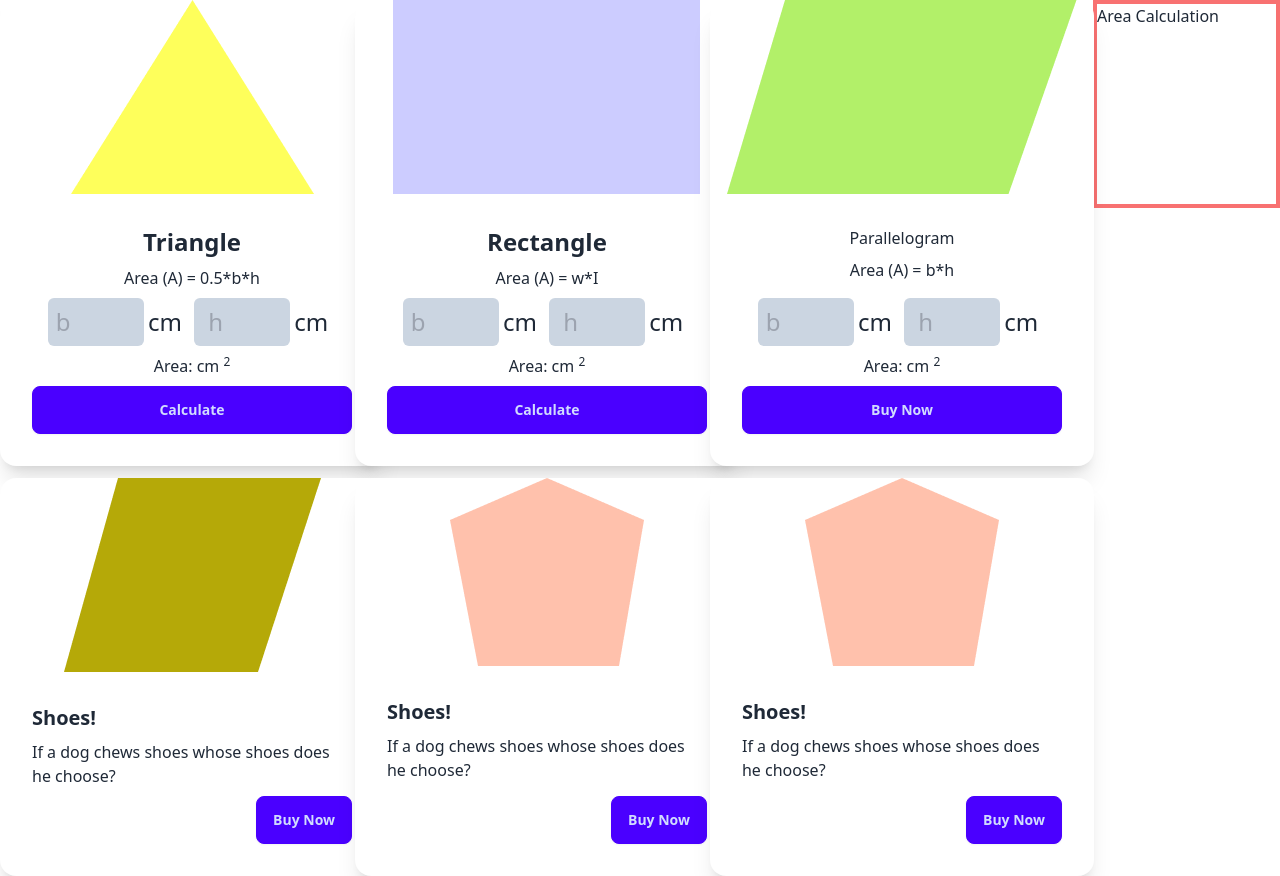
Repository: RudrasahaDibos/geometry
Page: index.html
These files come from the project's save history. The page is drawn as it stood at one moment and after the next save; the edit follows.
The browser window is 1280 px wide. The pictures show the whole page.
Some web libraries are served in a nearby version.

Above is the page before, as saved 2024-11-03 22:17:53.

After the next save:
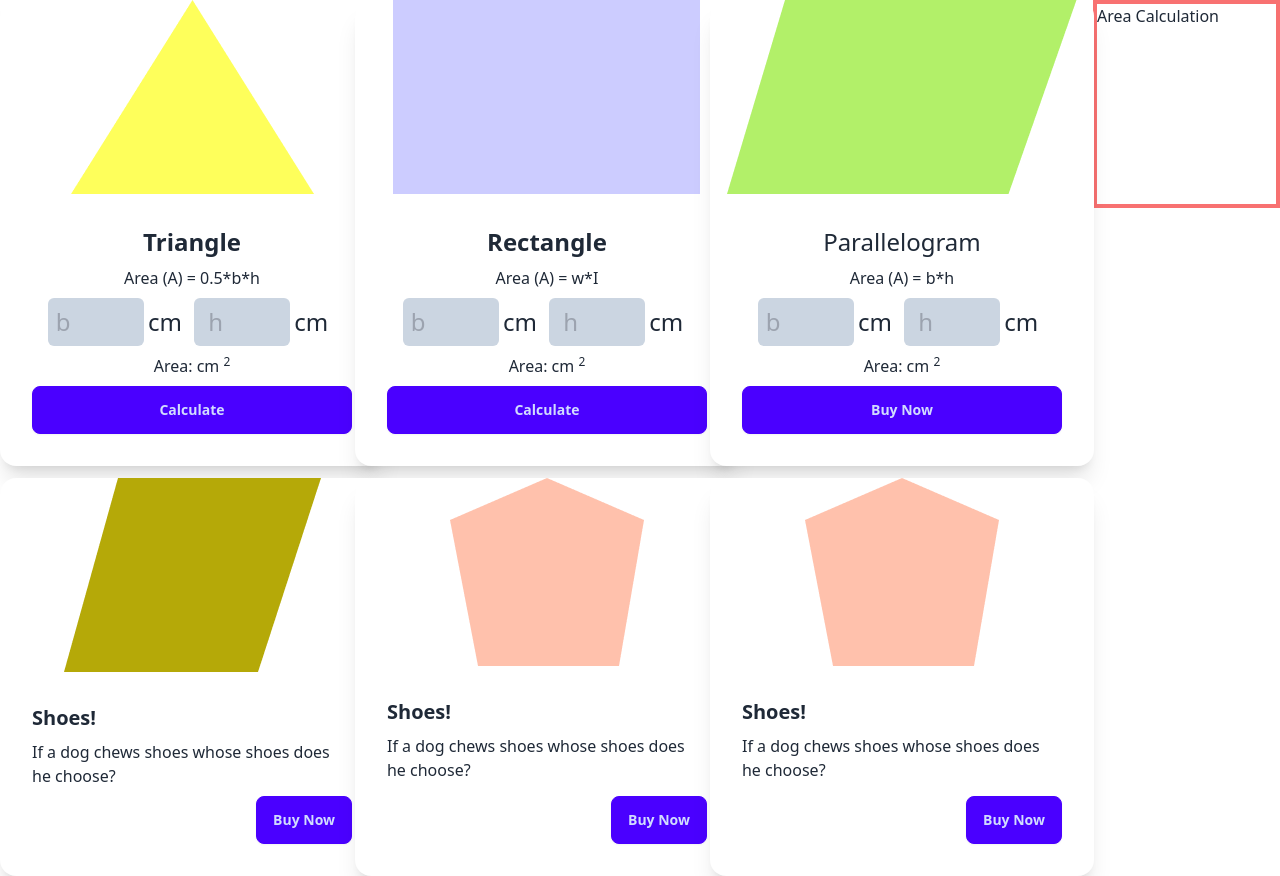
Saved 6 s later.
--- a/index.html
+++ b/index.html
@@ -85,7 +85,7 @@
                                     alt="Shoes" />
                                 </figure>
                                 <div class="card-body text-center">
-                                  <h2 class="text- ">Parallelogram</h2>
+                                  <h2 class="text-2xl  ">Parallelogram</h2>
                                   <p>Area (A) = b*h</p>
                                   <div>
                                     <input id="parallelogram-width" class="w-24 text-2xl bg-slate-300 p-2 rounded-md" type="text" name="" id="" placeholder="b">
